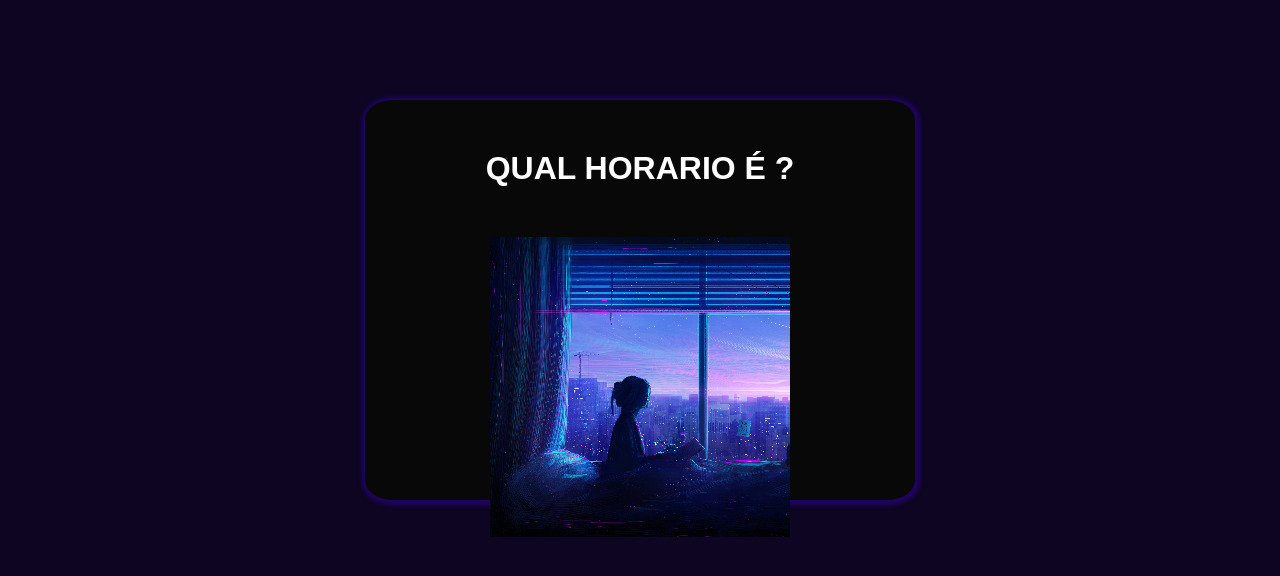
Repository: Ramonuriel/JS-Projetos
Page: Qual horario é/index.html
These files come from the project's save history. The page is drawn as it stood at one moment and after the next save; the edit follows.
The browser window is 1280 px wide. The pictures show the whole page.

Above is the page before, as saved 2022-11-14 16:19:00.
Console error: TypeError: Cannot read properties of null (reading 'addEventListener')

### Qual horario é/index.html
<!DOCTYPE html>
<html lang="pt-Br">

<head>
  <meta charset="UTF-8">
  <meta http-equiv="X-UA-Compatible" content="IE=edge">
  <meta name="viewport" content="width=device-width, initial-scale=1.0">
  <link rel="stylesheet" href="Css/style.css">
  <title>Qual Estação estamos ? ?</title>
</head>

<body>
  <section class="projeto">
    <h1 class="title-projeto">
      Qual Horario é ?
    </h1>
    <div class="box">
      <h3 class="hora"></h3>
      <img class="foto" src="/Assets/wallpaperflare.com_wallpaper (18).jpg" alt="" srcset="">
    </div>
    <div class="resultado">

    </div>
  </section>


  <script src="/Js/script.js"></script>
</body>

</html>

### Qual horario é/Css/style.css
html {
  margin: 0%;
  padding: 0%;
  max-width: 1400px;
  max-height: 700px;
}
body {
  background-color: rgb(14, 5, 34);
}
.projeto {
  margin-top: 100px;
  margin-left: auto;
  margin-right: auto;
  display: flex;
  flex-direction: column;
  align-items: center;
  box-sizing: content-box;
  width: 550px;
  background-color: rgb(8, 8, 8);
  height: 400px;
  border-radius: 5%;
  box-shadow: 1px 1px 4px 4px rgb(31, 4, 100);
}

.title-projeto {
  text-transform: uppercase;
  font-family: Arial, sans-serif;
  font-size: 2rem;
  color: white;
  margin-top: 50px;
  margin-bottom: 50px;
}

.box {
  display: flex;
}
.foto {
  border-radius: 50;
}

.resultado {
  display: flex;
  flex-direction: column;
  align-items: center;
  margin-top: 30px;
  width: 90%;
  height: 200px;
}

### Qual horario é/Js/script.js
var btn = document.querySelector('.btn')
var calendario = document.querySelector('#data')
var res = document.querySelector('.resultado')
btn.addEventListener('click', clicar())

function clicar() {
  res.innerHTML = 'olá'
}

After the next save:
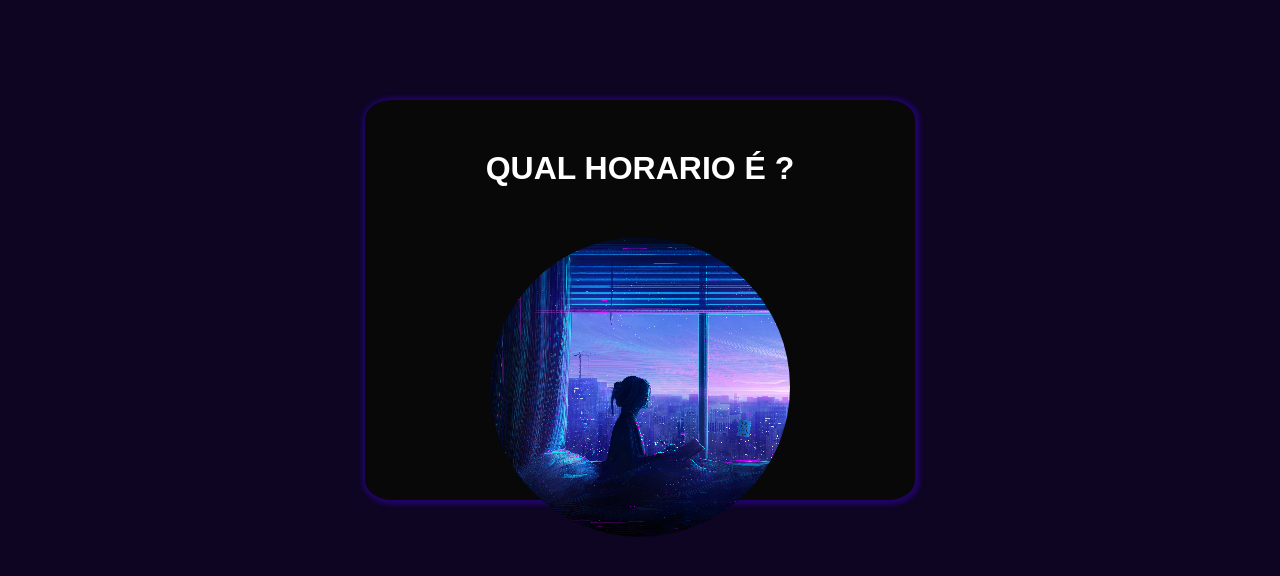
Saved 5 s later.
--- a/Qual horario é/Css/style.css
+++ b/Qual horario é/Css/style.css
@@ -35,7 +35,7 @@
   display: flex;
 }
 .foto {
-  border-radius: 50;
+  border-radius: 50%;
 }
 
 .resultado {
